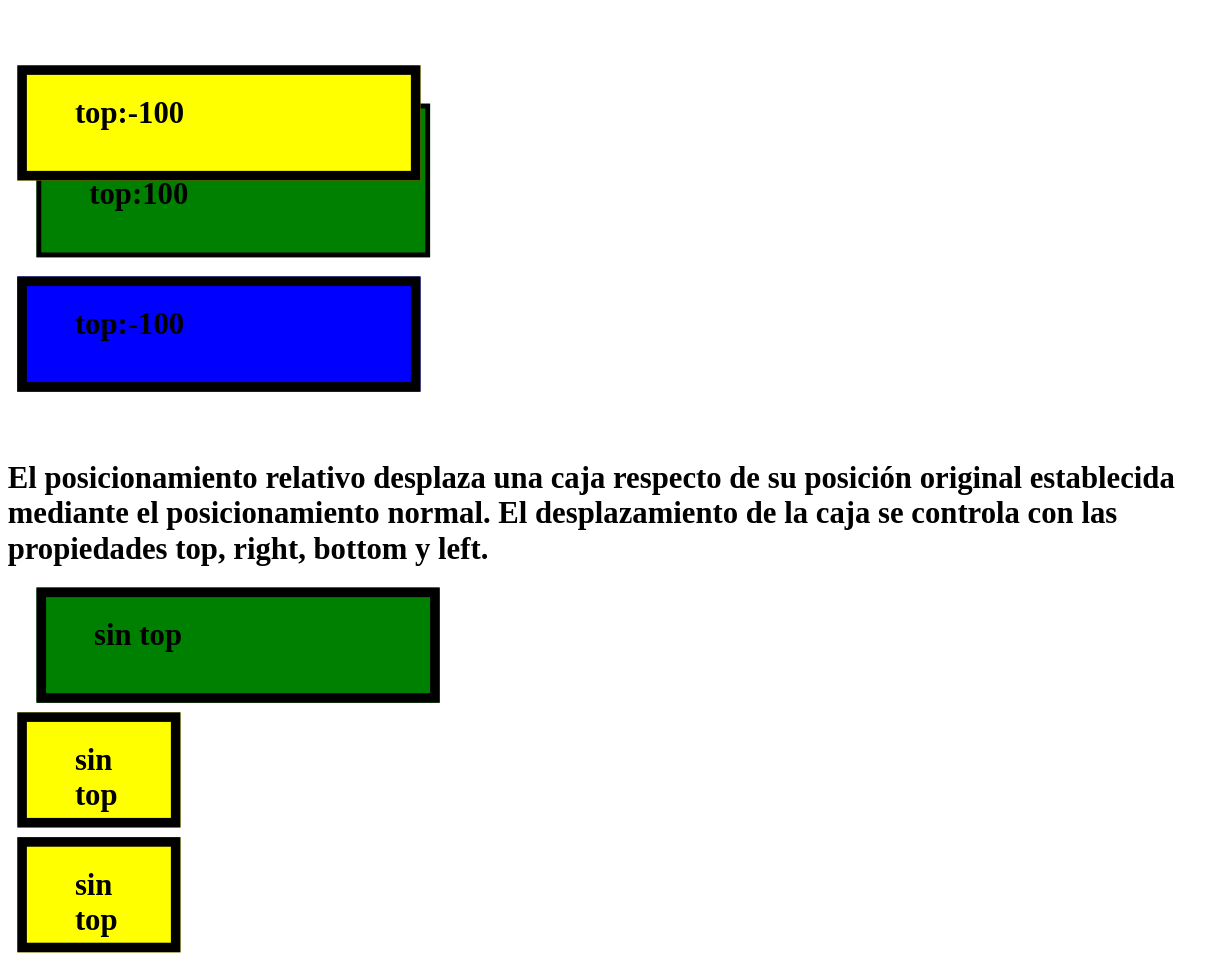
Repository: antonio63j/misNotas
Page: software/CSS/Demos/aptana_proyect/src/relativo.html
The author's editor kept a copy of each file at every save. The page is drawn from the files as they stood at one save, then again after the next save.
The browser window is 1280 px wide. The pictures show the whole page, at 96% of full size.

Above is the page before, as saved 2017-04-23 17:12:49.

### software/CSS/Demos/aptana_proyect/src/relativo.html
<!DOCTYPE html>
<html>
<head>
<style>

#caja1 {
  position:relative;
  top:100px;
  left:20px;
  width: 300px;
  height:100px;
  padding-left:  50px;
  padding-right: 50px;
  margin-left:   10px;
  margin-right:  10px;
  border: 5px solid black;
  padding-top: 50px;
  background-color:green;
}

#caja2 {
  position:relative;
  top:-100px;
  width: 300px;
  height:100px;
  padding-left:  50px;
  padding-right: 50px;
  margin-left:   10px;
  margin-right:  10px;
  border: 10px solid black;
  margin-bottom:50px;
  background-color:yellow;
}

#caja3 {
  position:relative;
  top:-50px;
  width: 300px;
  height:100px;
  padding-left:  50px;
  padding-right: 50px;
  margin-left:   10px;
  margin-right:  10px;
  border: 10px solid black;
  margin-bottom:10px;
  background-color: blue;
}

#caja11 {
  position:relative;
  left:20px;
  width: 300px;
  height:100px;
  padding-left:  50px;
  padding-right: 50px;
  margin-left:   10px;
  margin-right:  10px;
  border: 10px solid black;
  margin-bottom:10px;
  background-color:green;
}

#caja22 {
  position:relative;

  width: 50px;
  height:100px;
  padding-left:  50px;
  padding-right: 50px;
  margin-left:   10px;
  margin-right:  10px;
  border: 10px solid black;
  margin-bottom:10px;
  background-color:yellow;
}

#caja33 {
  position:relative;

  width: 50px;
  height:100px;
  padding-left:  50px;
  padding-right: 50px;
  margin-left:   10px;
  margin-right:  10px;
  border: 10px solid black;
  margin-bottom:10px;
  background-color:yellow;
}


</style>
</head>



<body>

<div id="caja1"><h1>top:100</h1></div>
<div id="caja2"><h1>top:-100</h1></div>
<div id="caja3"><h1>top:-100</h1></div>

<h1>El posicionamiento relativo desplaza una caja respecto de su posición original establecida mediante el posicionamiento normal. El desplazamiento de la caja se controla con las propiedades top, right, bottom y left.</h1>

<div id="caja11"><h1>sin top</h1></div>
<div id="caja22"><h1>sin top</h1></div>
<div id="caja33"><h1>sin top</h1></div>

</body>

</html>

After the next save:
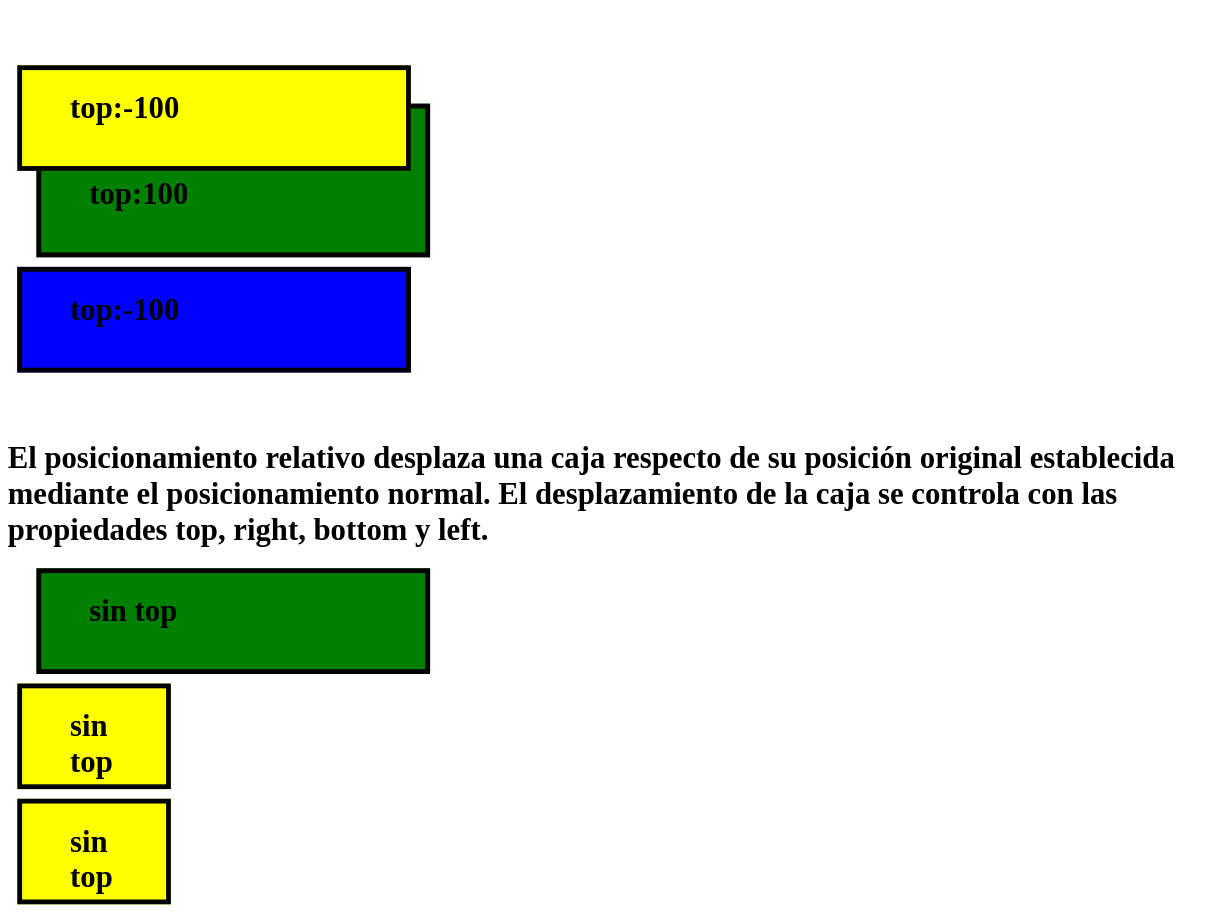
Saved 41 s later.
--- a/software/CSS/Demos/aptana_proyect/src/relativo.html
+++ b/software/CSS/Demos/aptana_proyect/src/relativo.html
@@ -27,7 +27,7 @@
   padding-right: 50px;
   margin-left:   10px;
   margin-right:  10px;
-  border: 10px solid black;
+  border: 5px solid black;
   margin-bottom:50px;
   background-color:yellow;
 }
@@ -41,7 +41,7 @@
   padding-right: 50px;
   margin-left:   10px;
   margin-right:  10px;
-  border: 10px solid black;
+  border: 5px solid black;
   margin-bottom:10px;
   background-color: blue;
 }
@@ -55,7 +55,7 @@
   padding-right: 50px;
   margin-left:   10px;
   margin-right:  10px;
-  border: 10px solid black;
+  border: 5px solid black;
   margin-bottom:10px;
   background-color:green;
 }
@@ -69,7 +69,7 @@
   padding-right: 50px;
   margin-left:   10px;
   margin-right:  10px;
-  border: 10px solid black;
+  border: 5px solid black;
   margin-bottom:10px;
   background-color:yellow;
 }
@@ -83,7 +83,7 @@
   padding-right: 50px;
   margin-left:   10px;
   margin-right:  10px;
-  border: 10px solid black;
+  border: 5px solid black;
   margin-bottom:10px;
   background-color:yellow;
 }
